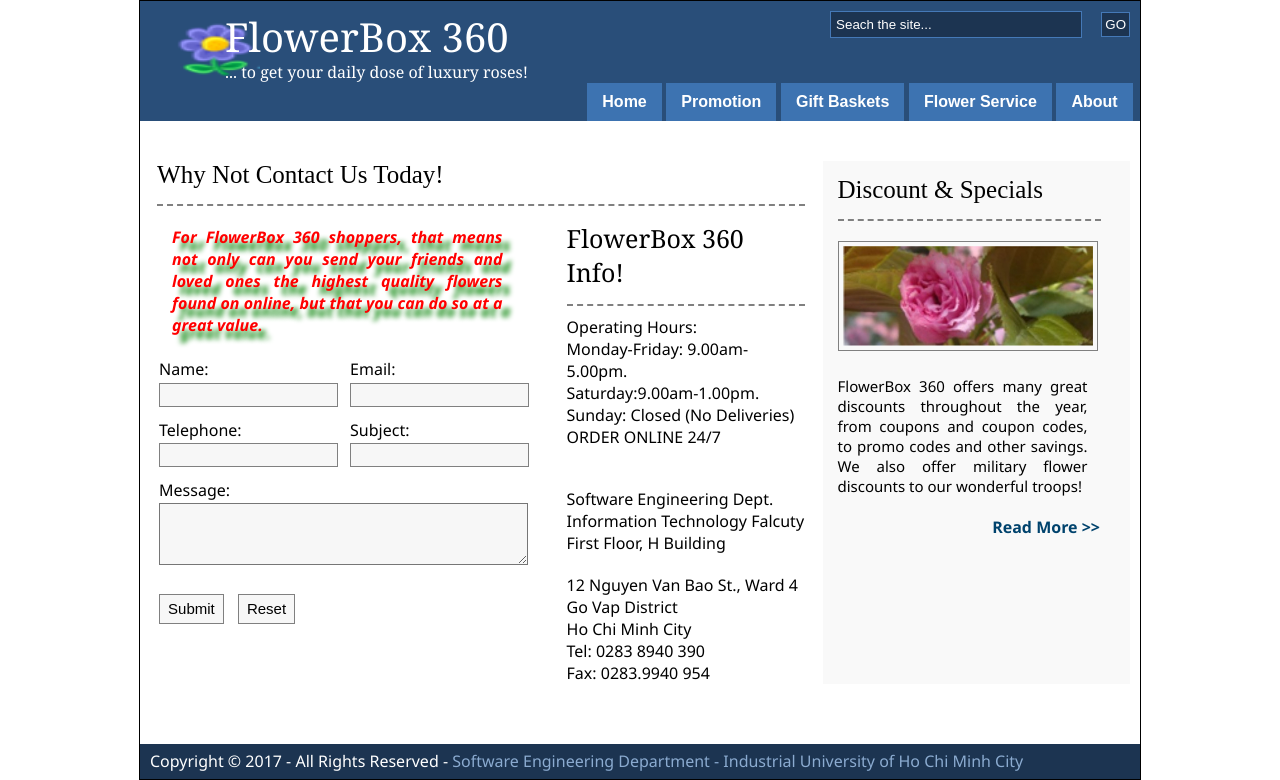
Repository: thu1365/BTKT_WEB
Page: HTML/btkt.html
The author's editor kept a copy of each file at every save. The page is drawn from the files as they stood at one save, then again after the next save.
The browser window is 1280 px wide. The pictures show the whole page.

Above is the page before, as saved 2023-03-11 21:33:40.

### HTML/btkt.html
<!DOCTYPE html>
<html lang="en">

<head>
    <meta charset="UTF-8">
    <meta http-equiv="X-UA-Compatible" content="IE=edge">
    <meta name="viewport" content="width=device-width, initial-scale=1.0">
    <title>21025781-Lê Minh Thư</title>
    <style>
        * {
            padding: 0;
            margin: 0 auto;
        }

        .wrapper {
            width: 1000px;
            background-color: #fff;
            border: 1px solid black;
        }

        header {
            position: relative;
            width: 1000px;
            height: 120px;
            background-color: #294e79;
            font-family: Georgia, 'Times New Roman', Times, serif;
        }

        .logo {
            position: relative;
            left: 20px;
            top: 10px;
            width: 100px;
            height: 80px;
        }

        .name1 {
            font-size: 40px;
            color: #fff;
            position: absolute;
            left: 85px;
            top: 8px;
        }

        .name2 {
            color: #fff;
            position: absolute;
            left: 85px;
            top: 60px;
        }

        #search1 {
            background-color: #1c3451;
            border: 1px solid #4579b7;
            color: #fff;
            margin-right: 15px;
            width: 250px;
            height: 25px;
        }

        #search1::placeholder {
            padding-left: 5px;
            color: #fff;
        }

        #search2 {
            background-color: #1c3451;
            border: 1px solid #4579b7;
            color: #fff;
            height: 25px;
            padding: 0 3px;
        }

        .search_form {
            position: absolute;
            top: 10px;
            right: 10px;
        }

        .nav {
            display: flex;
            width: 550px;
            position: absolute;
            bottom: 0px;
            right: 5px;
            font-family: Arial, Helvetica, sans-serif;
        }

        .nav_item {
            position: relative;
            padding: 10px 15px;
            background-color: #3d73b1;
        }

        .nav_item:hover {
            background-color: #8babd0;
        }

        .nav_item a {
            color: white;
            font-weight: bold;
            text-decoration: none;
        }

        .nav1 {
            display: none;
            position: absolute;
            top: 39px;
            left: 0px;
            width: 180px;
            height: 60px;
            background-color: #8babd0;
        }

        .nav2 {
            box-sizing: border-box;
            padding-left: 15px;
            line-height: 30px;
            height: 50%;
            border: 1px solid rgb(158, 196, 240);
            color: white;
        }

        .nav_item:hover .nav1 {
            display: block;
            background-color: #9bbbe0;
        }

        .nav2:hover {
            background-color: #edf6ff;
            cursor: pointer;
        }

        .container {
            font-family: 'Segoe UI', Tahoma, Geneva, Verdana, sans-serif;
            padding-bottom: 60px;
            width: 100%;
            display: flex;
        }

        .Left {
            display: flex;
            width: 70%;
            justify-content: space-between;
            flex-wrap: wrap;
        }

        .p1 {
            width: 55%;
        }

        .p2 {
            width: 35%;
        }

        .p3 {
            background-color: #f9f9f9;
            width: 30%;
            padding-left: 15px;
            margin-top: 40px;
            margin-right: 10px;
        }

        .Left1 {
            font-family: 'Times New Roman', Times, serif;
            width: 95%;
            padding: 40px 0px 15px 0px;
            font-size: 25px;
            border-bottom: 2px dashed gray;
        }

        .p1_1 {
            padding: 20px 30px 20px 15px;
            text-align: justify;
            color: red;
            font-style: italic;
            font-family: 'Segoe UI', Tahoma, Geneva, Verdana, sans-serif;
            text-shadow: 8px 8px 5px green;
        }

        table input {
            height: 22px;
            margin-right: 10px;
            margin-bottom: 10px;
            background-color: #f7f7f7;
            border: 1px solid gray;
        }

        table textarea {
            background-color: #f7f7f7;
        }

        .p1_sub {
            box-sizing: border-box;
            margin-top: 20px;
            height: 30px;
            font-size: 15px;
            padding: 0 8px;
            line-height: 28px;
            border: 1px solid gray;
        }

        .p2_1 {
            font-family: Georgia, 'Times New Roman', Times, serif;
            padding: 15px 0px 15px;
            width: 100%;
            font-size: 25px;
            border-bottom: 2px dashed gray;
        }

        .p2_2 {
            font-family: 'Segoe UI', Tahoma, Geneva, Verdana, sans-serif;
            padding: 10px 0 40px 0;
        }

        .p2_3 {
            font-family: 'Segoe UI', Tahoma, Geneva, Verdana, sans-serif;
        }

        .p2_4 {
            font-family: 'Segoe UI', Tahoma, Geneva, Verdana, sans-serif;
            padding-top: 20px;
        }

        .p3_1 {
            font-family: 'Times New Roman', Times, serif;
            padding: 15px 0px 15px;
            width: 90%;
            margin-right: 30px;
            font-size: 25px;
            border-bottom: 2px dashed gray;
        }

        .p3_anh {
            width: 250px;
            height: 100px;
            padding: 4px;
            margin: 20px 0;
            border: 1px solid gray;
        }

        .p3_2 {
            width: 250px;
            margin-right: 30px;
            float: left;
            text-align: justify;
            font-family: 'Segoe UI', Tahoma, Geneva, Verdana, sans-serif;
            font-size: 15px;
            display: block;
        }

        .p3_3 {
            color: #00436d;
            font-weight: bold;
            margin-right: 30px;
            float: right;
            padding-top: 20px;
            text-decoration: none;
        }

        footer {
            background-color: #1c3451;
            height: 35px;
        }

        #footer_1 {
            font-family: 'Segoe UI', Tahoma, Geneva, Verdana, sans-serif;
            padding-left: 10px;
            color: #8babd0;
            line-height: 35px;
        }

        #footer_1 .white {
            color: #fff;
        }
    </style>
</head>

<body>
    <div class="wrapper">
        <header>
            <img src="/IMAGE/AnhLogo.PNG" alt="" class="logo">
            <p class="name1">FlowerBox 360</p>
            <p class="name2">... to get your daily dose of luxury roses!</p>
            <form action="" class="search_form">
                <input type="text" name="" id="search1" placeholder="Seach the site...">
                <input id="search2" type="button" value="GO">
            </form>
            <div class="nav">
                <div class="nav_item"><a href="">Home</a></div>
                <div class="nav_item"><a href="">Promotion</a></div>
                <div class="nav_item"><a href="">Gift Baskets</a></div>
                <div class="nav_item"><a href="">Flower Service</a>
                    <div class="nav1">
                        <div class="nav2"><b>Flower for Wedding</b></div>
                        <div class="nav2"><b>Flower for Conference</b></div>

                    </div>
                </div>
                <div class="nav_item"><a href="">About</a></div>
            </div>
        </header>
        <div class="container">
            <div class="Left">
                <p class="Left1">Why Not Contact Us Today!</p>
                <div class="p1">
                    <p class="p1_1"><b>For FlowerBox 360 shoppers, that means not only can you send your friends and loved ones the highest quality flowers found on online, but that you can do so at a great value.</b></p>
                    <form action="" class="c1_form">
                        <table>
                            <tr>
                                <td><label for="name_ip">Name:</label></td>
                                <td><label for="mail_ip">Email:</label></td>
                            </tr>
                            <tr>
                                <td><input type="text" name="" id="name_ip"></td>
                                <td><input type="email" name="" id="mail_ip"></td>
                            </tr>
                            <tr>
                                <td><label for="tel_ip">Telephone:</label></td>
                                <td><label for="sub_ip">Subject:</label></td>
                            </tr>
                            <tr>
                                <td><input type="tel" name="" id="tel_ip"></td>
                                <td><input type="text" name="" id="sub_ip"></td>
                            </tr>
                            <tr>
                                <td colspan="2"><label for="mess_ip">Message:</label></td>
                            </tr>
                            <tr>
                                <td colspan="2"> <textarea name="" id="mess_ip" cols="44" rows="4"></textarea></td>
                            </tr>
                            <tr>
                                <tr>
                                    <td><input class="p1_sub" type="button" value="Submit"> <input class="p1_sub" type="button" value="Reset"></td>
                                </tr>
                            </tr>
                        </table>

                    </form>
                </div>
                <div class="p2">
                    <p class="p2_1">FlowerBox 360 Info!</p>
                    <p class="p2_2">Operating Hours: <br> Monday-Friday: 9.00am-5.00pm.<br> Saturday:9.00am-1.00pm.
                        <br> Sunday: Closed (No Deliveries)<br> ORDER ONLINE 24/7
                    </p>
                    <p class="p2_3">
                        Software Engineering Dept. <br> Information Technology Falcuty<br> First Floor, H Building
                    </p>
                    <p class="p2_4">
                        12 Nguyen Van Bao St., Ward 4<br> Go Vap District<br> Ho Chi Minh City<br> Tel: 0283 8940 390<br> Fax: 0283.9940 954
                    </p>


                </div>
            </div>
            <div class="p3">
                <p class="p3_1">Discount & Specials</p>
                <img src="/IMAGE/Hoa.jpg" alt="" class="p3_anh">
                <p class="p3_2">FlowerBox 360 offers many great discounts throughout the year, from coupons and coupon codes, to promo codes and other savings. We also offer military flower discounts to our wonderful troops!</p>
                <a class="p3_3" href="">Read More >></a>
            </div>
        </div>
        <footer>
            <p id="footer_1"><span class="white">Copyright © 2017 - All Rights Reserved -</span> Software Engineering Department - Industrial University of Ho Chi Minh City</p>
        </footer>
    </div>
</body>

</html>

After the next save:
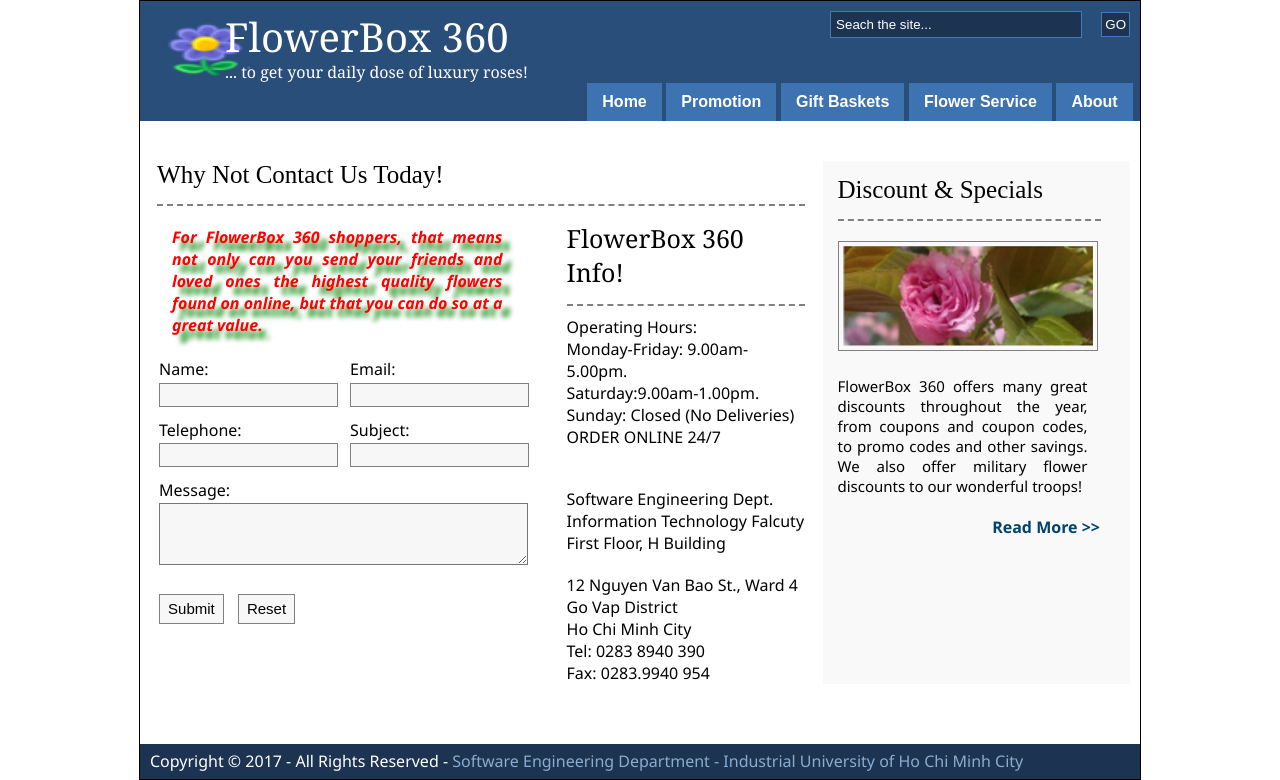
Saved 6 s later.
--- a/HTML/btkt.html
+++ b/HTML/btkt.html
@@ -28,7 +28,7 @@
 
         .logo {
             position: relative;
-            left: 20px;
+            left: 10px;
             top: 10px;
             width: 100px;
             height: 80px;
